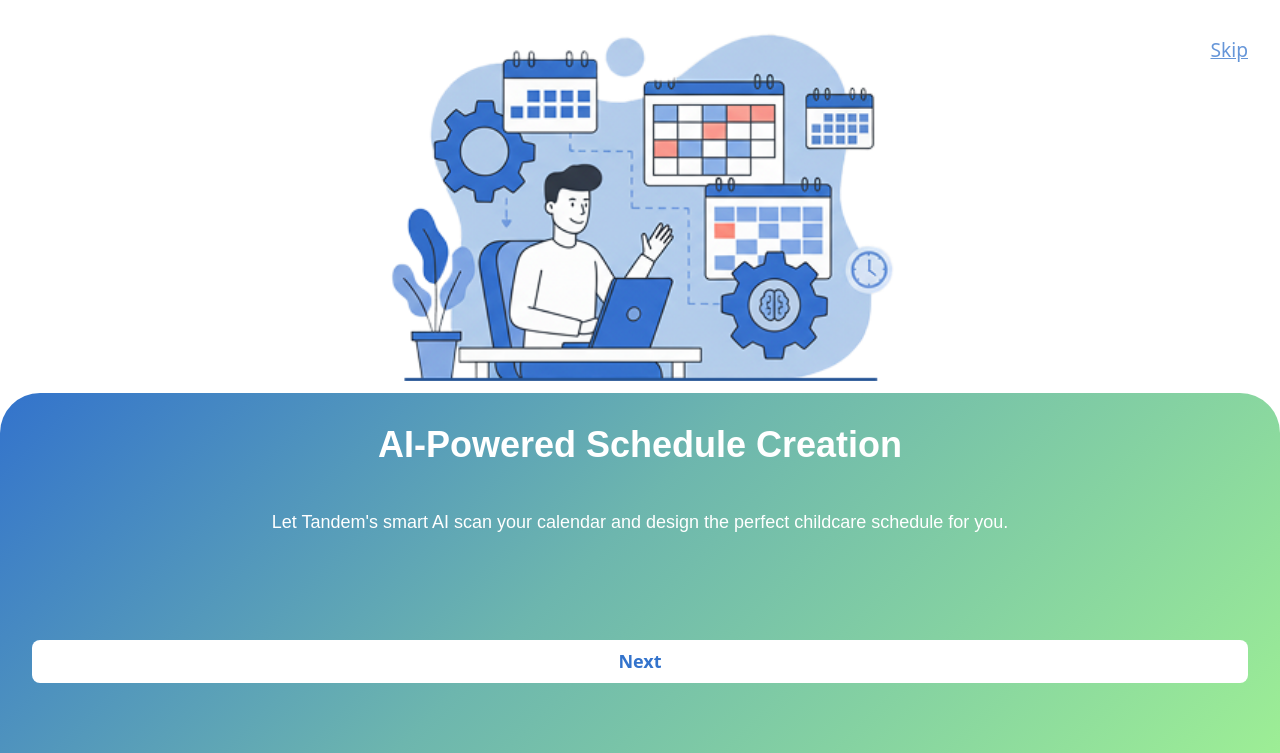
Repository: IDSP-TRADECARE/Tandem
Page: /boarding/features
The author's editor kept a copy of each file at every save. The page is drawn from the files as they stood at one save, then again after the next save.
The browser window is 1280 px wide. The pictures show the whole page.
The page's requests for data from a server got no answer. Some web fonts or font styles are not loaded; a fallback is used. The project was rebuilt for these pictures with package versions that can differ from the ones it lists, and the page was loaded fresh each time. Some packages were replaced by stand-ins written for this rebuild. The framework's server and built-in components were replaced by stand-ins that run in the browser. No one was signed in, and anything a server would have sent is missing. Also part of the build but not shown: next.config.ts, src/app/components/auth/AuthGuard.tsx.

Above is the page before, as saved 2025-11-23 00:35:15.

### src/app/layout.tsx
/* eslint-disable @next/next/no-page-custom-font */
import { ClerkProvider } from '@clerk/nextjs'
import { SocketProvider } from '@/lib/socket/SocketContext'
import './globals.css'
import type { Metadata } from "next";
import { AuthWrapper } from './components/auth/AuthWrapper';


export const metadata: Metadata = {
  title: "Tandem",
  description: "Share childcare with your community",
  icons: {
    icon: 'brand/logoColor.svg',
  },
};

export default function RootLayout({
  children,
}: Readonly<{
  children: React.ReactNode;
}>) {
  return (
    <ClerkProvider>
      <html lang="en">
        <head>
          {/* Omnes Pro from Adobe Fonts */}
          <link rel="stylesheet" href="https://use.typekit.net/pku8yek.css" />

          {/* Alan Sans from Google Fonts */}
          <link rel="preconnect" href="https://fonts.googleapis.com" />
          <link rel="preconnect" href="https://fonts.gstatic.com" crossOrigin="anonymous" />
          <link href="https://fonts.googleapis.com/css2?family=Alan+Sans:wght@300..900&display=swap" rel="stylesheet" />
        </head>
        <body className="antialiased">
          <SocketProvider>
            <AuthWrapper>
              {children}
            </AuthWrapper>
          </SocketProvider>
        </body>
      </html>
    </ClerkProvider>
  )
}

### src/app/boarding/features/page.tsx
"use client";
import { useState } from "react";
import { useRouter } from "next/navigation";
import styles from "./features.module.css";

const features = [
    {
        id: 1,
        title: "AI-Powered Schedule Creation",
        description:
            "Let Tandem's smart AI scan your calendar and design the perfect childcare schedule for you.",
        imgSrc: "/boarding/Graphic-ai-powered-feature1.png",
    },
    {
        id: 2,
        title: "Seamless Nanny Booking",
        description:
            "Effortlessly discover and book reliable nannies tailored to your family's needs.",
        imgSrc: "/boarding/Seamless-nanny-booking-feature2.png",
    },
    {
        id: 3,
        title: "Intelligent Nanny Sharing",
        description:
            "Team up with nearby families to share trusted nannies, cutting costs while building lasting connections.",
        imgSrc: "/boarding/Intelligent-nanny-sharing-feature3.png",
    },
];

export default function FeaturesPage() {
    const [currentIndex, setCurrentIndex] = useState(0);
    const router = useRouter();

    const handleNext = () => {
        if (currentIndex < features.length - 1) {
            setCurrentIndex(currentIndex + 1);
        } else {
            router.push("./sign-up");
        }
    };

    const handleSkip = () => {
        router.push("./sign-up");
    };

    const handlePrevious = () => {
        if (currentIndex > 0) {
            setCurrentIndex(currentIndex - 1);
        }
    };

    const currentFeature = features[currentIndex];
    const showPrevious = currentIndex > 0;

    return (
        <div className={styles.container}>
            <button
                className={styles.skipButton}
                onClick={handleSkip}
            >
                Skip
            </button>

            <div className={styles.imageSection}>
                <div className={styles.imageContainer}>
                    <img
                        src={currentFeature.imgSrc}
                        alt={`Feature ${currentFeature.id}`}
                    />
                </div>
                <div className={styles.progressDots}>
                    {features.map((_, index) => (
                        <div
                            key={index}
                            className={`${styles.dot} ${
                                index === currentIndex ? styles.active : ""
                            }`}
                        />
                    ))}
                </div>
            </div>

            <div className={styles.contentButtons}>
                <div className={styles.content}>
                    <h1 className={styles.title}>{currentFeature.title}</h1>
                    <p className={styles.description}>
                        {currentFeature.description}
                    </p>
                </div>
                <div className={styles.navigationButtons}>
                    {showPrevious && (
                        <button
                            className={styles.previousButton}
                            onClick={handlePrevious}
                        >
                            Previous
                        </button>
                    )}
                    <button
                        className={styles.nextButton}
                        onClick={handleNext}
                    >
                        Next
                    </button>
                </div>
            </div>
        </div>
    );
}

### src/lib/socket/SocketContext.tsx
'use client';

import { createContext, useContext, useEffect, useState } from 'react';
import { io, Socket } from 'socket.io-client';
import { ClientToServerEvents, ServerToClientEvents } from './types';

type TypedSocket = Socket<ServerToClientEvents, ClientToServerEvents>;

interface SocketContextType {
  socket: TypedSocket | null;
  isConnected: boolean;
}

const SocketContext = createContext<SocketContextType>({
  socket: null,
  isConnected: false,
});

export function SocketProvider({ children }: { children: React.ReactNode }) {
  const [socket, setSocket] = useState<TypedSocket | null>(null);
  const [isConnected, setIsConnected] = useState(false);

  useEffect(() => {
    const socketUrl = process.env.NEXT_PUBLIC_SOCKET_URL || 'http://localhost:3001';

    console.log('Connecting to Socket.IO server:', socketUrl);

    const socketInstance: TypedSocket = io(socketUrl, {
      transports: ['websocket', 'polling'],
    });

    socketInstance.on('connect', () => {
      console.log('✅ Socket connected:', socketInstance.id);
      setIsConnected(true);
    });

    socketInstance.on('disconnect', () => {
      console.log('❌ Socket disconnected');
      setIsConnected(false);
    });

    socketInstance.on('connect_error', (error) => {
      console.error('Socket connection error:', error);
      setIsConnected(false);
    });

    setSocket(socketInstance);

    return () => {
      socketInstance.disconnect();
    };
  }, []);

  return (
    <SocketContext.Provider value={{ socket, isConnected }}>
      {children}
    </SocketContext.Provider>
  );
}

export const useSocket = () => useContext(SocketContext);

### src/app/globals.css
@import "tailwindcss";

@theme {
  /* Font families */
  --font-family-alan: "Alan Sans", sans-serif;
  --font-family-omnes: "omnes-pro", sans-serif;

  /* Primary Colors */
  --color-primary: #3373cc;
  --color-primary-lighter: #a3c0e8;
  --color-primary-light: #91b3e3;
  --color-primary-light-hover: #91b3e3;
  --color-primary-light-active: #7aa4de;
  --color-primary-hover: #2b62ad;
  --color-primary-active: #255495;
  --color-primary-dark: #122847;
  --color-primary-dark-hover: #0d1d33;
  --color-primary-dark-active: #060d16;

  /* Secondary Colors */
  --color-secondary: #92f189;
  --color-secondary-lighter: #cef9ca;
  --color-secondary-light: #c4f7bf;
  --color-secondary-light-hover: #c4f7bf;
  --color-secondary-light-active: #b8f6b2;
  --color-secondary-hover: #7ccd74;
  --color-secondary-active: #6bb064;
  --color-secondary-dark: #335430;
  --color-secondary-dark-hover: #253c22;
  --color-secondary-dark-active: #101b0f;

  /* Analogous Colors */
  --color-analogous: #68d5ff;
  --color-analogous-lighter: #bbecff;
  --color-analogous-light: #ade8ff;
  --color-analogous-light-hover: #ade8ff;
  --color-analogous-light-active: #9de4ff;
  --color-analogous-hover: #58b5d9;
  --color-analogous-active: #4c9bba;
  --color-analogous-dark: #244b59;
  --color-analogous-dark-hover: #1a3540;
  --color-analogous-dark-active: #0b171c;

  /* Success */
  --color-success: #95b548;

  /* Warning */
  --color-warning: #d78f26;

  /* Error */
  --color-error: #c43535;

  /* Neutral Colors */
  --color-neutral-50: #e6e6e8;
  --color-neutral-100: #b0b0b8;
  --color-neutral-200: #8a8a96;
  --color-neutral-300: #545466;
  --color-neutral-400: #333349;
  --color-neutral-500: #00001b;
  --color-neutral-600: #000019;
  --color-neutral-700: #000013;
  --color-neutral-800: #00000f;
  --color-neutral-900: #00000b;
}

@layer base {
  :root {
    /* Semantic mappings for shadcn */
    --background: 0 0% 100%;
    --foreground: var(--color-neutral-500);
    --card: 0 0% 100%;
    --card-foreground: var(--color-neutral-500);
    --popover: 0 0% 100%;
    --popover-foreground: var(--color-neutral-500);
    --primary-foreground: 0 0% 98%;
    --secondary-foreground: var(--color-neutral-500);
    --muted: var(--color-neutral-50);
    --muted-foreground: var(--color-neutral-300);
    --accent: var(--color-analogous-light);
    --accent-foreground: var(--color-neutral-500);
    --destructive: var(--color-error);
    --destructive-foreground: 0 0% 98%;
    --border: var(--color-neutral-100);
    --input: var(--color-neutral-100);
    --ring: var(--color-primary);
    --radius: 0.5rem;
    --gradient-primary: linear-gradient(135deg, #3373CC 0%, #6DB6AE 46%, #9DEE95 100%);
  }

  .dark {
    --background: var(--color-neutral-500);
    --foreground: 0 0% 98%;
    --card: var(--color-neutral-400);
    --card-foreground: 0 0% 98%;
    --popover: var(--color-neutral-400);
    --popover-foreground: 0 0% 98%;
    --primary-foreground: var(--color-neutral-500);
    --secondary-foreground: 0 0% 98%;
    --muted: var(--color-neutral-300);
    --muted-foreground: var(--color-neutral-100);
    --accent: var(--color-analogous-dark);
    --accent-foreground: 0 0% 98%;
    --destructive-foreground: 0 0% 98%;
    --border: var(--color-neutral-300);
    --input: var(--color-neutral-300);
    --ring: var(--color-primary-light);
    --gradient-primary: linear-gradient(135deg, #3373CC 0%, #6DB6AE 46%, #9DEE95 100%);
  }

  /* Font utilities */
  .font-alan {
    font-family: var(--font-family-alan);
    font-optical-sizing: auto;
  }

  .font-omnes {
    font-family: var(--font-family-omnes);
  }
}

/* FullCalendar Custom Styles */
.fullcalendar-container {
  font-family: inherit;
}

.fc {
  font-size: 14px;
}

.fc .fc-toolbar-title {
  font-size: 1.5rem;
  font-weight: 700;
  color: var(--color-primary);
}

.fc .fc-button {
  background-color: var(--color-primary);
  border-color: var(--color-primary);
  color: white;
  border-radius: 8px;
  padding: 6px 12px;
  font-weight: 600;
}

.fc .fc-button:hover {
  background-color: var(--color-primary-hover);
  border-color: var(--color-primary-hover);
}

.fc .fc-button-active {
  background-color: var(--color-primary-dark);
  border-color: var(--color-primary-dark);
}

.fc .fc-col-header-cell {
  background-color: var(--color-neutral-50);
  padding: 12px;
  font-weight: 600;
  color: var(--color-primary);
}

.fc .fc-daygrid-day-number {
  font-weight: 600;
  color: var(--color-primary);
  padding: 8px;
}

.fc .fc-daygrid-day.fc-day-today {
  background-color: var(--color-primary-lighter) !important;
}

.fc .fc-event {
  border-radius: 6px;
  padding: 4px 6px;
  font-size: 12px;
  font-weight: 600;
  cursor: pointer;
}

.fc .fc-timegrid-event {
  border-radius: 6px;
  padding: 4px;
}

.fc .fc-timegrid-slot {
  height: 3em;
}

.fc .fc-scrollgrid {
  border-color: var(--neutral-100) !important;
}

@layer utilities {
  .bg-gradient-primary {
    background: var(--gradient-primary);
  }
}

### src/app/components/auth/AuthWrapper.tsx
'use client';

import { usePathname } from 'next/navigation';
import { AuthGuard } from './AuthGuard';

export function AuthWrapper({ children }: { children: React.ReactNode }) {
  const pathname = usePathname();

  // Routes that don't require authentication
  const publicRoutes = ['/boarding/features', '/sign-in', '/sign-up'];
  const isPublicRoute = pathname === '/' || publicRoutes.some(route => pathname?.startsWith(route));

  if (isPublicRoute) {
    return <>{children}</>;
  }

  return <AuthGuard>{children}</AuthGuard>;
}

### src/app/boarding/features/features.module.css
.container {
    min-height: 100vh;
    display: flex;
    flex-direction: column;
    background: #fff;
}

.skipButton {
    position: absolute;
    top: 1.75rem;
    right: 1rem;
    background: none;
    border: none;
    color: var(--color-primary);
    font-size: 1.2rem;
    cursor: pointer;
    z-index: 10;
    padding: 0.5rem 1rem;
    text-decoration: underline;
    opacity: 0.75;
}

.imageSection {
    flex: 1;
    display: flex;
    flex-direction: column;
    align-items: center;
    justify-content: center;
    background: #fff;
    padding: 0.5rem 0;
    position: relative;
    overflow: hidden;
}

.imageContainer {
    flex: 1;
    display: flex;
    align-items: center;
    justify-content: center;
    width: 100%;
    padding: 0 1rem;
}

.imageContainer img {
    width: 100%;
    max-width: 500px;
    min-width: 350px;
    height: auto;
    object-fit: contain;
    transform: scale(1.2);
}

.progressDots {
    display: flex;
    gap: 0.5rem;
    justify-content: center;
    padding: 1rem 0;
}

.dot {
    width: 1.5rem;
    height: 0.375rem;
    border-radius: 0.25rem;
    background-color: var(--color-primary-lighter);
    transition: all 0.5s;
}

.dot.active {
    background: var(--color-primary);
    width: 3rem;
}

.contentButtons {
    background: var(--gradient-primary);
    border-top-left-radius: 2.5rem;
    border-top-right-radius: 2.5rem;
    padding: 2rem;
    height: 50vh;
    width: 100%;
    display: flex;
    flex-direction: column;
    gap: 6.5rem;
}

.content {
    display: flex;
    flex-direction: column;
    align-items: center;
    text-align: center;
}

.title {
    font-size: 2.25rem;
    font-family: var(--font-family-alan);
    font-weight: 900;
    line-height: 2.5rem;
    color: #fff;
    margin-bottom: 2.75rem;
}

.description {
    font-size: 1.125rem;
    font-family: var(--font-family-omnes);
    color: #fff;
    margin-bottom: 0;
}

.navigationButtons {
    display: flex;
    gap: 1rem;
    width: 100%;
    margin-bottom: 1rem;
}

.previousButton {
    flex: 1;
    padding: 0.5rem;
    background: rgba(255, 255, 255, 0.2);
    color: #fff;
    border: 1px solid #fff;
    border-radius: 0.5rem;
    font-size: 1.125rem;
    font-weight: bold;
    cursor: pointer;
    transition: all 0.3s;
}

.previousButton:hover {
    background: rgba(255, 255, 255, 0.3);
}

.previousButton:active {
    opacity: 0.8;
}

.nextButton {
    flex: 1;
    padding: 0.5rem;
    background: #fff;
    color: var(--color-primary);
    border: none;
    border-radius: 0.5rem;
    font-size: 1.125rem;
    font-weight: bold;
    cursor: pointer;
    transition: opacity 0.3s;
}

.nextButton:hover {
    opacity: 0.9;
}

.nextButton:active {
    opacity: 0.8;
}

After the next save:
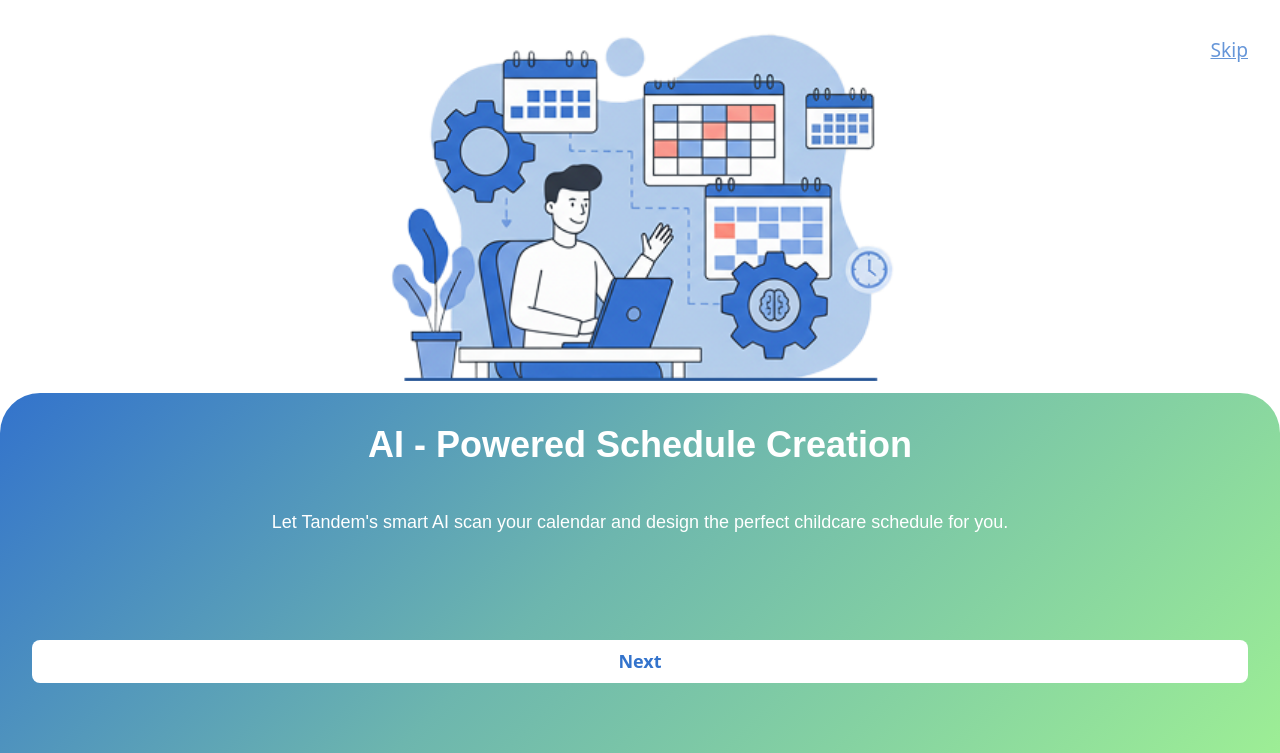
Saved 20 s later.
--- a/src/app/boarding/features/page.tsx
+++ b/src/app/boarding/features/page.tsx
@@ -6,7 +6,7 @@
 const features = [
     {
         id: 1,
-        title: "AI-Powered Schedule Creation",
+        title: "AI - Powered Schedule Creation",
         description:
             "Let Tandem's smart AI scan your calendar and design the perfect childcare schedule for you.",
         imgSrc: "/boarding/Graphic-ai-powered-feature1.png",
